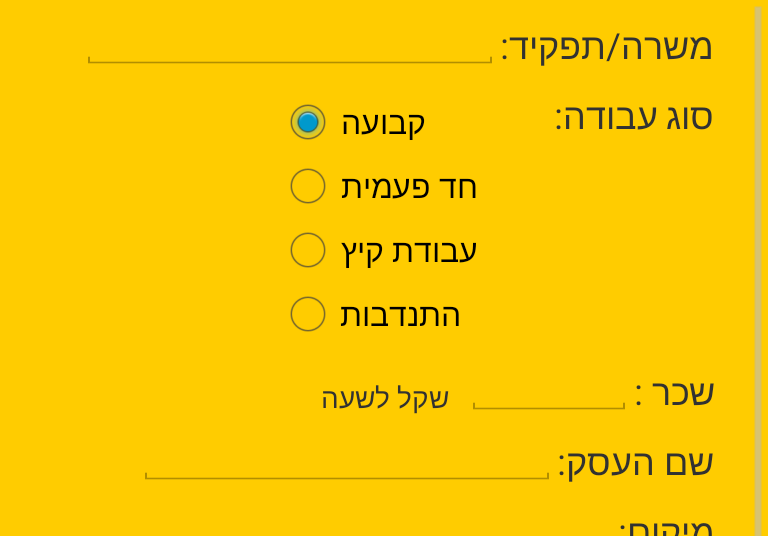
Repository: rodi055/jobli
Layout: Jobli/res/layout/fragment_create_job.xml
The author's editor kept a copy of each file at every save. The layout is drawn from the files as they stood at one save, then again after the next save.
The pictures show rows 0 to 536 of an output 1280 px tall.
Pictures or frames that could not be fetched are drawn as grey boxes. It is drawn on a 768 x 1280 px phone screen (xhdpi) without system bars, with theme AppTheme; the app's code is not run. The app's manifest (not shown) leaves right-to-left support off. So textAlignment, textDirection and layoutDirection are ignored, and left and right values win over start and end ones.

Above is the layout before, as saved 2015-01-03 21:23:55.

### Jobli/res/layout/fragment_create_job.xml
<?xml version="1.0" encoding="utf-8"?>
<LinearLayout xmlns:android="http://schemas.android.com/apk/res/android"
    xmlns:tools="http://schemas.android.com/tools"
    android:layout_width="match_parent"
    android:layout_height="match_parent"
    android:background="#FFCC00"
    android:orientation="vertical"
    tools:context=".CreateNewJobActivity" >

    <ScrollView
        android:layout_width="match_parent"
        android:layout_height="wrap_content" >

        <LinearLayout
            android:layout_width="match_parent"
            android:layout_height="wrap_content"
            android:layout_marginEnd="7dp"
            android:layout_marginLeft="7dp"
            android:layout_marginRight="7dp"
            android:orientation="vertical" >

            <RelativeLayout
                android:layout_width="wrap_content"
                android:layout_height="wrap_content"
                android:layout_marginTop="10dp" >

                <TextView
                    android:id="@+id/textView1"
                    android:layout_width="wrap_content"
                    android:layout_height="wrap_content"
                    android:layout_alignParentEnd="true"
                    android:layout_alignParentRight="true"
                    android:layout_alignParentTop="true"
                    android:layout_marginEnd="20dp"
                    android:layout_marginRight="20dp"
                    android:text="משרה/תפקיד:"
                    android:textSize="18sp" />

                <EditText
                    android:id="@+id/editText1"
                    android:layout_width="wrap_content"
                    android:layout_height="wrap_content"
                    android:layout_alignBottom="@+id/textView1"
                    android:layout_toLeftOf="@+id/textView1"
                    android:layout_toStartOf="@+id/textView1"
                    android:layout_alignTop="@+id/textView1"
                    android:ems="10"
                    android:inputType="text"
                    android:maxLines="1" />
            </RelativeLayout>

            <RelativeLayout
                android:layout_width="wrap_content"
                android:layout_height="wrap_content"
                android:layout_marginTop="10dp" >

                <TextView
                    android:id="@+id/textView2"
                    android:layout_width="wrap_content"
                    android:layout_height="wrap_content"
                    android:layout_alignParentEnd="true"
                    android:layout_alignParentRight="true"
                    android:layout_alignParentTop="true"
                    android:layout_marginEnd="20dp"
                    android:layout_marginRight="20dp"
                    android:text="סוג עבודה:"
                    android:textSize="18sp" />

                <RadioGroup
                    android:id="@+id/radioGroup1"
                    android:layout_width="wrap_content"
                    android:layout_height="wrap_content"
                    android:layout_alignParentTop="true"
                    android:layout_marginEnd="38dp"
                    android:layout_marginRight="38dp"
                    android:layout_toLeftOf="@+id/textView2" >

                    <RadioButton
                        android:id="@+id/radio0"
                        android:layout_width="wrap_content"
                        android:layout_height="wrap_content"
                        android:checked="true"
                        android:text="קבועה" />

                    <RadioButton
                        android:id="@+id/radio1"
                        android:layout_width="wrap_content"
                        android:layout_height="wrap_content"
                        android:text="חד פעמית" />

                    <RadioButton
                        android:id="@+id/radio2"
                        android:layout_width="wrap_content"
                        android:layout_height="wrap_content"
                        android:text="עבודת קיץ" />

                    <RadioButton
                        android:id="@+id/radio3"
                        android:layout_width="wrap_content"
                        android:layout_height="wrap_content"
                        android:text="התנדבות" />
                </RadioGroup>
            </RelativeLayout>

            <RelativeLayout
                android:layout_width="wrap_content"
                android:layout_height="wrap_content"
                android:layout_marginTop="10dp" >

                <TextView
                    android:id="@+id/textView8"
                    android:layout_width="wrap_content"
                    android:layout_height="wrap_content"
                    android:layout_alignParentEnd="true"
                    android:layout_alignParentRight="true"
                    android:layout_alignParentTop="true"
                    android:layout_marginEnd="20dp"
                    android:layout_marginRight="20dp"
                    android:text="שכר :"
                    android:textSize="18sp" />

                <EditText
                    android:id="@+id/editText8"
                    android:layout_width="wrap_content"
                    android:layout_height="wrap_content"
                    android:layout_alignBottom="@+id/textView8"
                    android:layout_toLeftOf="@+id/textView8"
                    android:layout_alignParentTop="true"
                    android:ems="4"
                    android:inputType="numberDecimal"
                    android:maxLines="1"
                    android:singleLine="true" />

                <TextView
                    android:id="@+id/textView9"
                    android:layout_width="wrap_content"
                    android:layout_height="wrap_content"
                    android:layout_alignBottom="@+id/textView8"
                    android:layout_marginRight="8dp"
                    android:layout_toLeftOf="@+id/editText8"
                    android:text="שקל לשעה" />
            </RelativeLayout>

            <RelativeLayout
                android:layout_width="wrap_content"
                android:layout_height="wrap_content"
                android:layout_marginTop="10dp" >

                <TextView
                    android:id="@+id/textView3"
                    android:layout_width="wrap_content"
                    android:layout_height="wrap_content"
                    android:layout_alignParentEnd="true"
                    android:layout_alignParentRight="true"
                    android:layout_alignParentTop="true"
                    android:layout_marginEnd="20dp"
                    android:layout_marginRight="20dp"
                    android:text="שם העסק:"
                    android:textSize="18sp" />

                <EditText
                    android:id="@+id/editText3"
                    android:layout_width="wrap_content"
                    android:layout_height="wrap_content"
                    android:layout_alignBottom="@+id/textView3"
                    android:layout_toLeftOf="@+id/textView3"
                    android:layout_alignParentTop="true"
                    android:ems="10"
                    android:maxLines="1"
                    android:singleLine="true" />
            </RelativeLayout>

            <RelativeLayout
                android:layout_width="wrap_content"
                android:layout_height="wrap_content"
                android:layout_marginTop="10dp" >

                <TextView
                    android:id="@+id/textView4"
                    android:layout_width="wrap_content"
                    android:layout_height="wrap_content"
                    android:layout_alignParentEnd="true"
                    android:layout_alignParentRight="true"
                    android:layout_alignParentTop="true"
                    android:layout_marginEnd="20dp"
                    android:layout_marginRight="20dp"
                    android:text="מיקום:"
                    android:textSize="18sp" />
            </RelativeLayout>

            <fragment
                android:id="@+id/My_map"
                android:layout_width="match_parent"
                android:layout_height="120dp"
                android:layout_marginBottom="20dp"
                class="com.google.android.gms.maps.MapFragment" />

            <RelativeLayout
                android:layout_width="wrap_content"
                android:layout_height="wrap_content"
                android:layout_marginTop="10dp" >

                <TextView
                    android:id="@+id/textView5"
                    android:layout_width="wrap_content"
                    android:layout_height="wrap_content"
                    android:layout_alignParentEnd="true"
                    android:layout_alignParentRight="true"
                    android:layout_alignParentTop="true"
                    android:layout_marginEnd="20dp"
                    android:layout_marginRight="20dp"
                    android:text="שם איש קשר:"
                    android:textSize="18sp" />

                <EditText
                    android:id="@+id/editText5"
                    android:layout_width="wrap_content"
                    android:layout_height="wrap_content"
                    android:layout_alignBottom="@+id/textView5"
                    android:layout_toLeftOf="@+id/textView5"
                    android:layout_toStartOf="@+id/textView5"
                    android:layout_alignParentTop="true"
                    android:ems="10"
                    android:inputType="textPersonName"
                    android:maxLines="1"
                    android:singleLine="true" />
            </RelativeLayout>

            <RelativeLayout
                android:layout_width="wrap_content"
                android:layout_height="wrap_content"
                android:layout_marginTop="10dp" >

                <TextView
                    android:id="@+id/textView6"
                    android:layout_width="wrap_content"
                    android:layout_height="wrap_content"
                    android:layout_alignParentEnd="true"
                    android:layout_alignParentRight="true"
                    android:layout_alignParentTop="true"
                    android:layout_marginEnd="20dp"
                    android:layout_marginRight="20dp"
                    android:text="איימיל:"
                    android:textSize="18sp" />

                <EditText
                    android:id="@+id/editText6"
                    android:layout_width="wrap_content"
                    android:layout_height="wrap_content"
                    android:layout_alignBottom="@+id/textView6"
                    android:layout_toLeftOf="@+id/textView6"
                    android:layout_toStartOf="@+id/textView6"
                    android:layout_alignParentTop="true"
                    android:ems="10"
                    android:inputType="textEmailAddress"
                    android:maxLines="1"
                    android:singleLine="true" />
            </RelativeLayout>

            <RelativeLayout
                android:layout_width="wrap_content"
                android:layout_height="wrap_content"
                android:layout_marginTop="10dp"
                android:contentDescription="@android:string/emptyPhoneNumber" >

                <TextView
                    android:id="@+id/textView7"
                    android:layout_width="wrap_content"
                    android:layout_height="wrap_content"
                    android:layout_alignParentEnd="true"
                    android:layout_alignParentRight="true"
                    android:layout_alignParentTop="true"
                    android:layout_marginEnd="20dp"
                    android:layout_marginRight="20dp"
                    android:text="מספר טלפון:"
                    android:textSize="18sp" />

                <EditText
                    android:id="@+id/editText7"
                    android:layout_width="wrap_content"
                    android:layout_height="wrap_content"
                    android:layout_alignBottom="@+id/textView7"
                    android:layout_toLeftOf="@+id/textView7"
                    android:layout_toStartOf="@+id/textView7"
                    android:layout_alignParentTop="true"
                    android:ems="10"
                    android:inputType="phone"
                    android:maxLines="1"
                    android:singleLine="true" />

                <CheckBox
                    android:id="@+id/checkBox1"
                    android:layout_width="wrap_content"
                    android:layout_height="wrap_content"
                    android:layout_alignParentRight="true"
                    android:layout_below="@id/textView7"
                    android:text="אל תציג מספר טלפון"
                    android:textSize="12sp" />
            </RelativeLayout>

            <RelativeLayout
                android:layout_width="wrap_content"
                android:layout_height="0dp"
                android:layout_marginTop="10dp"
                android:layout_weight="0.56" >

                <TextView
                    android:id="@+id/textView10"
                    android:layout_width="wrap_content"
                    android:layout_height="wrap_content"
                    android:layout_alignParentEnd="true"
                    android:layout_alignParentRight="true"
                    android:layout_alignParentTop="true"
                    android:layout_marginBottom="15dp"
                    android:text="דרישות חובה מהתפקיד:"
                    android:textSize="18sp" />

                <TableLayout
                    android:id="@+id/table1"
                    android:layout_width="wrap_content"
                    android:layout_height="wrap_content"
                    android:layout_alignParentRight="true"
                    android:layout_below="@+id/textView10"
                    android:layout_centerVertical="true" >

                    <TableRow
                        android:id="@+id/tableRow11"
                        android:layout_width="wrap_content"
                        android:layout_height="wrap_content" >

                        <CheckBox
                            android:id="@+id/checkBox12"
                            android:layout_width="wrap_content"
                            android:layout_height="wrap_content"
                            android:text="נסיון" />

                        <CheckBox
                            android:id="@+id/checkBox4"
                            android:layout_width="wrap_content"
                            android:layout_height="wrap_content"
                            android:text="ניידות" />

                        <CheckBox
                            android:id="@+id/checkBox42"
                            android:layout_width="wrap_content"
                            android:layout_height="wrap_content"
                            android:text="עבודה פיזית" />
                    </TableRow>

                    <TableRow
                        android:id="@+id/tableRow12"
                        android:layout_width="wrap_content"
                        android:layout_height="wrap_content" >

                        <CheckBox
                            android:id="@+id/checkBox13"
                            android:layout_width="wrap_content"
                            android:layout_height="wrap_content"
                            android:text="בגרות שלם" />

                        <CheckBox
                            android:id="@+id/checkBox2"
                            android:layout_width="wrap_content"
                            android:layout_height="wrap_content"
                            android:text="תואר אקדמי" />

                        <CheckBox
                            android:id="@+id/checkBox24"
                            android:layout_width="wrap_content"
                            android:layout_height="wrap_content"
                            android:text="ידע במחשבים" />
                    </TableRow>

                    <TableRow
                        android:id="@+id/tableRow13"
                        android:layout_width="wrap_content"
                        android:layout_height="wrap_content" >

                        <CheckBox
                            android:id="@+id/checkBox14"
                            android:layout_width="wrap_content"
                            android:layout_height="wrap_content"
                            android:text="12 שנות לימוד" />

                        <CheckBox
                            android:id="@+id/checkBox22"
                            android:layout_width="wrap_content"
                            android:layout_height="wrap_content"
                            android:text="משמרות" />

                        <CheckBox
                            android:id="@+id/checkBox23"
                            android:layout_width="wrap_content"
                            android:layout_height="wrap_content"
                            android:text="שירות צבאי" />
                    </TableRow>

                    <TableRow
                        android:id="@+id/tableRow14"
                        android:layout_width="wrap_content"
                        android:layout_height="wrap_content" >
                    </TableRow>
                </TableLayout>
            </RelativeLayout>

            <RelativeLayout
                android:layout_width="wrap_content"
                android:layout_height="wrap_content"
                android:layout_marginTop="10dp" >

                <TextView
                    android:id="@+id/textView11"
                    android:layout_width="wrap_content"
                    android:layout_height="wrap_content"
                    android:layout_alignParentEnd="true"
                    android:layout_alignParentRight="true"
                    android:layout_alignParentTop="true"
                    android:layout_marginEnd="20dp"
                    android:layout_marginRight="20dp"
                    android:text="הערות נוספות:"
                    android:textSize="18sp" />

                <EditText
                    android:id="@+id/editText11"
                    android:layout_width="wrap_content"
                    android:layout_height="wrap_content"
                    android:layout_alignBottom="@+id/textView11"
                    android:layout_toLeftOf="@+id/textView11"
                    android:layout_toStartOf="@+id/textView11"
                    android:layout_alignParentTop="true"
                    android:ems="10"
                    android:inputType="textMultiLine"
                    android:maxLines="4"
                    android:singleLine="false" />
            </RelativeLayout>

            <LinearLayout
                android:id="@+id/linearLayout1"
                style="?android:attr/buttonBarStyle"
                android:layout_width="match_parent"
                android:layout_height="wrap_content"
                android:layout_alignParentBottom="true"
                android:orientation="horizontal" >

                <Button
                    android:id="@+id/cancel_button"
                    style="?android:attr/buttonBarButtonStyle"
                    android:layout_width="0dp"
                    android:layout_height="wrap_content"
                    android:layout_weight="1"
                    android:paddingLeft="4dp"
                    android:paddingRight="4dp"
                    android:text="ביטול" />

                <Button
                    android:id="@+id/add_button"
                    style="?android:attr/buttonBarButtonStyle"
                    android:layout_width="0dp"
                    android:layout_height="wrap_content"
                    android:layout_weight="1"
                    android:paddingLeft="4dp"
                    android:paddingRight="4dp"
                    android:text="פרסם" />
            </LinearLayout>
        </LinearLayout>
    </ScrollView>

</LinearLayout>

Loaded but not shown: Jobli/res/values/styles.xml (common file); Jobli/res/values-v11/styles.xml (common file); Jobli/res/values-v14/styles.xml (common file)

After the next save:
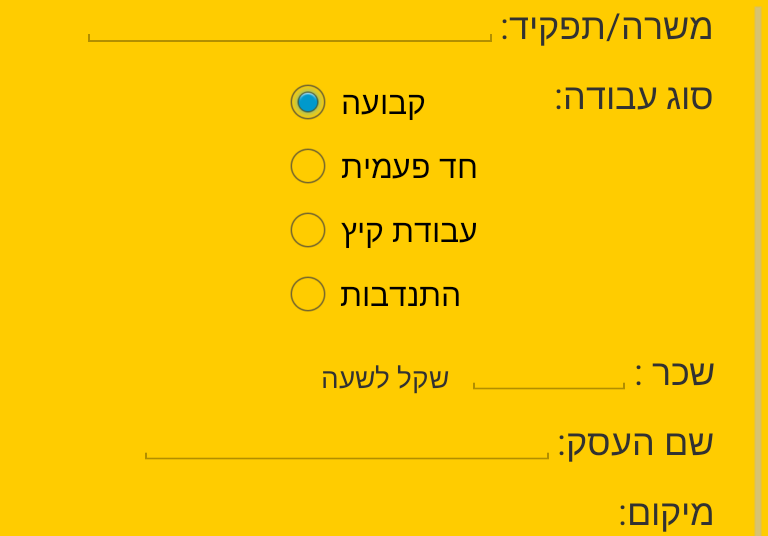
Saved 95 s later.
--- a/Jobli/res/layout/fragment_create_job.xml
+++ b/Jobli/res/layout/fragment_create_job.xml
@@ -22,7 +22,7 @@
             <RelativeLayout
                 android:layout_width="wrap_content"
                 android:layout_height="wrap_content"
-                android:layout_marginTop="10dp" >
+            >
 
                 <TextView
                     android:id="@+id/textView1"
@@ -43,7 +43,6 @@
                     android:layout_alignBottom="@+id/textView1"
                     android:layout_toLeftOf="@+id/textView1"
                     android:layout_toStartOf="@+id/textView1"
-                    android:layout_alignTop="@+id/textView1"
                     android:ems="10"
                     android:inputType="text"
                     android:maxLines="1" />

After the save that followed:
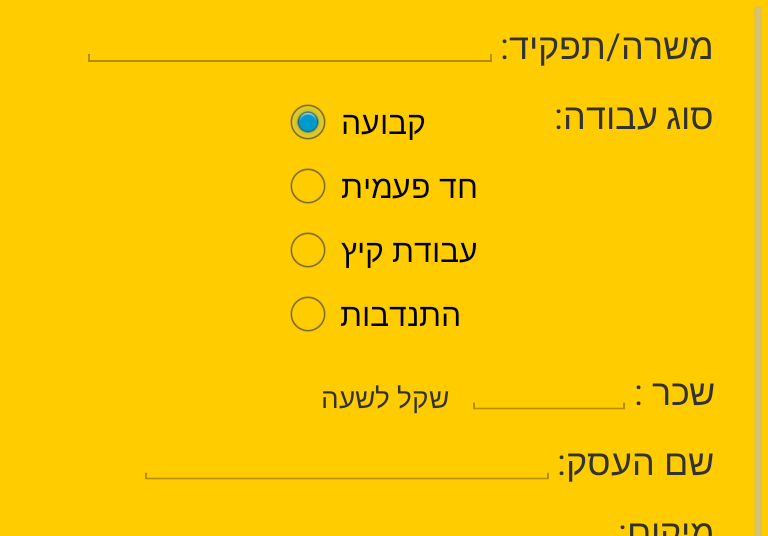
Saved 39 s later.
--- a/Jobli/res/layout/fragment_create_job.xml
+++ b/Jobli/res/layout/fragment_create_job.xml
@@ -22,7 +22,7 @@
             <RelativeLayout
                 android:layout_width="wrap_content"
                 android:layout_height="wrap_content"
-            >
+                android:layout_marginTop="10dp" >
 
                 <TextView
                     android:id="@+id/textView1"
